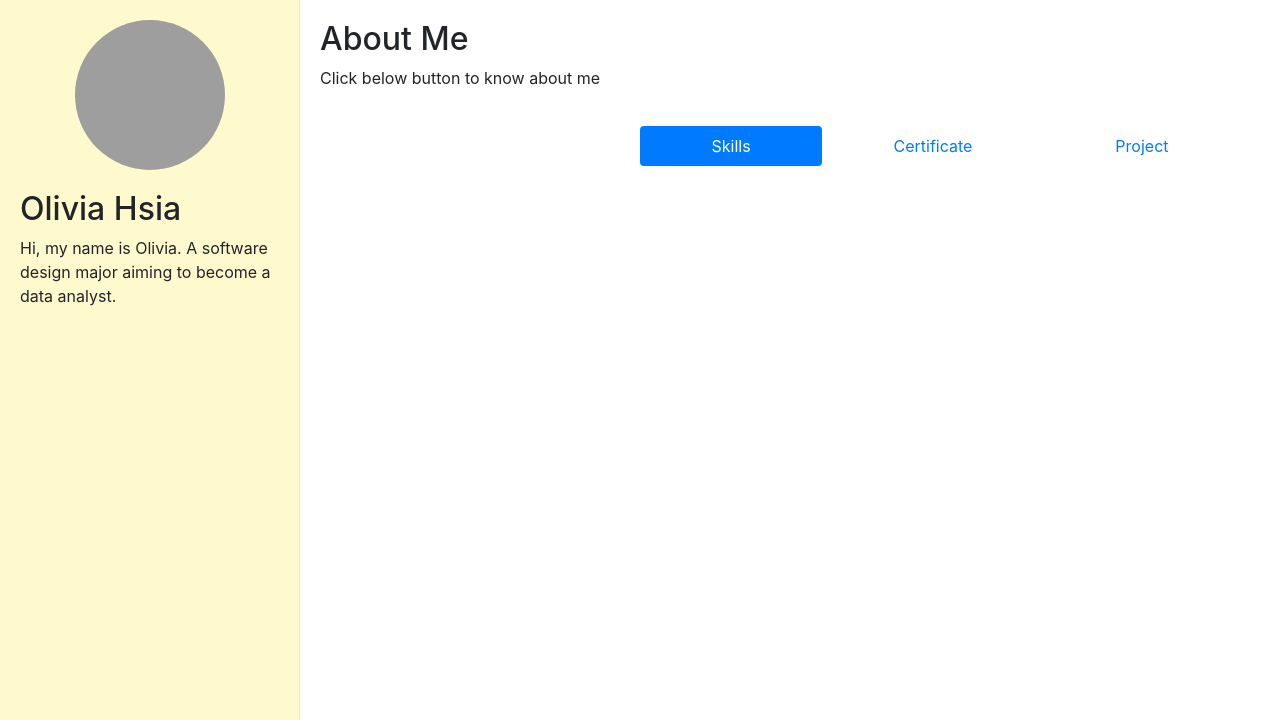
Repository: oliviahsia/FinalProject
Page: src/main/webapp/WEB-INF/main.html
These files come from the project's save history. The page is drawn as it stood at one moment and after the next save; the edit follows.
The browser window is 1280 px wide. The pictures show the whole page.
Pictures or frames that could not be fetched are drawn as grey boxes. An inner scrolling area shows only its first screen. Some web libraries are served in a nearby version.

Above is the page before, as saved 2024-03-09 15:45:28.

### src/main/webapp/WEB-INF/main.html
<!DOCTYPE html>
<html lang="en">

<head>
  <meta charset="UTF-8">
  <meta name="viewport" content="width=device-width, initial-scale=1.0">
  <title>Olivia's Portfolio</title>

  <!-- Bootstrap CSS -->
  <link rel="stylesheet" href="https://stackpath.bootstrapcdn.com/bootstrap/4.5.2/css/bootstrap.min.css">
  <!-- External CSS File -->
  <link rel="stylesheet" href="main.css">
</head>

<body>
  <div class="fixed-left">
    <!-- Content in left column -->
    <img src="https://lh3.googleusercontent.com/a/ACg8ocKWVQM9hWLLmIxDOQ-8DDjxv5seJuP0P7FXzxbhLupS1Ffm=s576-c-no" alt="Olivia Hsia" class="profile-pic">
    <h2>Olivia Hsia</h2>
    <p>Hi, my name is Olivia. A software design major aiming to become a data analyst. </p>
  </div>

  <div class="scrollable-right">
    <!-- Content in right column -->
    <h2>About Me</h2>
    <p>Click below button to know about me</p>

    <div class="scrollable-right">
      <!-- Navigation buttons -->

      <!-- Navigation buttons replaced with Bootstrap nav-pills -->

      <ul class="nav nav-pills nav-fill">
        <li class="nav-item">
          <a class="nav-link active" href="#" onclick="showSection('Skills',this)">Skills</a>
        </li>
        <li class="nav-item">
          <a class="nav-link" href="#" onclick="showSection('Certificate',this)">Certificate</a>
        </li>
        <li class="nav-item">
          <a class="nav-link" href="#" onclick="showSection('Project',this)">Project</a>
        </li>

      </ul>


      <!-- Content sections -->
      <div id="Skills" class="content-section">
        <h2>Skills</h2>
        <div class="card">
          <img src="https://www.google.com/imgres?imgurl=https%3A%2F%2Flogos-world.net%2Fwp-content%2Fuploads%2F2022%2F07%2FJava-Logo.png&tbnid=kdcmbBGAGkO9eM&vet=12ahUKEwi7gsfZtueEAxUOQEEAHVQsBe8QMygCegQIARBM..i&imgrefurl=https%3A%2F%2Flogos-world.net%2Fjava-logo%2F&docid=IvI-Yker4lC4aM&w=3840&h=2160&q=java%20image&ved=2ahUKEwi7gsfZtueEAxUOQEEAHVQsBe8QMygCegQIARBM" alt="Java Image">
          <h3>Skill Name</h3>
          <p>Description of Skill</p>
        </div>
        <!-- Add more cards as needed -->
      </div>


      <div id="Certificate" class="content-section" style="display: none;">
        <h2>Certificates</h2>
        <div class="card">
          <img src="path-to-your-image.jpg" alt="Certificate Image">
          <h3>Certificate Name</h3>
          <p>Description of Certificate</p>
        </div>
        <!-- Add more cards as needed -->
      </div>

      <div id="Project" class="content-section" style="display: none;">
        <h2>Projects</h2>
        <div class="card">
          <img src="path-to-your-image.jpg" alt="Project Image">
          <h3>Project Name</h3>
          <p>Description of Project</p>
        </div>
        <!-- Add more cards as needed -->
      </div>


    </div>

    <!-- Add more content as needed to enable scrolling -->
  </div>

  <!-- Bootstrap JS and dependencies (Optional) -->
  <script src="https://code.jquery.com/jquery-3.5.1.slim.min.js"></script>
  <script src="https://cdn.jsdelivr.net/npm/@popperjs/core@2.5.4/dist/umd/popper.min.js"></script>
  <script src="https://stackpath.bootstrapcdn.com/bootstrap/4.5.2/js/bootstrap.min.js"></script>

  <script src="js/script.js"></script>
</body>

</html>

### src/main/webapp/WEB-INF/main.css
/* Custom styles */
body,
html {
  height: 100%;
  margin: 0;
  /* Remove default margin */
}

.fixed-left {
  position: fixed;
  top: 0;
  left: 0;
  width: 300px;
  /* Set the width of the left column */
  height: 100%;
  background-color: #FFFACD;
  /* Goose yellow for the left column */
  border-right: 1px solid #dee2e6;
  /* Optional border */
  overflow-x: hidden;
  /* Prevent horizontal scrollbar */
  padding: 20px;
  /* Optional padding */
}

.profile-pic {
  width: 150px;
  /* Adjust the size as needed */
  height: 150px;
  /* Adjust the size as needed */
  border-radius: 50%;
  /* Makes the image round */
  display: block;
  /* To center the image in the div */
  margin: 0 auto 20px;
  /* Centers the image and adds space below */
}

.scrollable-right {
  margin-left: 300px;
  /* Same as the width of the left column */
  padding: 20px;
  height: 100%;
  overflow-y: auto;
  /* Enable vertical scrollbar if content overflows */
  background-color: #FFFFFF;
  /* White for the right column */
}

.navigation-buttons button {
  padding: 10px;
  margin-right: 5px;
  cursor: pointer;
}

.nav-button.active {
  background-color: #f00;
  /* Red color for active button */
  color: #fff;
  /* White text color */
  /* Add other styles as needed */
}

.content-section {
  display: none;
  /* Hide all sections by default */
}


.content-section .card {
  border: 1px solid #ddd;
  /* 卡片的边框 */
  padding: 20px;
  /* 内部空间 */
  margin-bottom: 20px;
  /* 底部外边距 */
  text-align: center;
  /* 文本居中 */
}

.content-section .card img {
  width: 100%;
  /* 图片宽度 */
  max-width: 200px;
  /* 最大宽度 */
  height: auto;
  /* 高度自动 */
  margin-bottom: 10px;
  /* 图片与标题之间的空间 */
}

/* Initial visible section */
#all {
  display: block;
}

### src/main/webapp/WEB-INF/js/script.js
function showSection(sectionId,button) {
  // First Hide all sections
  var sections = document.getElementsByClassName('content-section');
  for (var i = 0; i < sections.length; i++) {
    sections[i].style.display = 'none';
  }

  // Remove active class from all buttons
  var buttons = document.getElementsByClassName('nav-button');
  for (var i = 0; i < buttons.length; i++) {
    buttons[i].classList.remove('active');
  }

  // Show the selected section
  document.getElementById(sectionId).style.display = 'block';

  // Add active class to the clicked button
  button.classList.add('active');
}

After the next save:
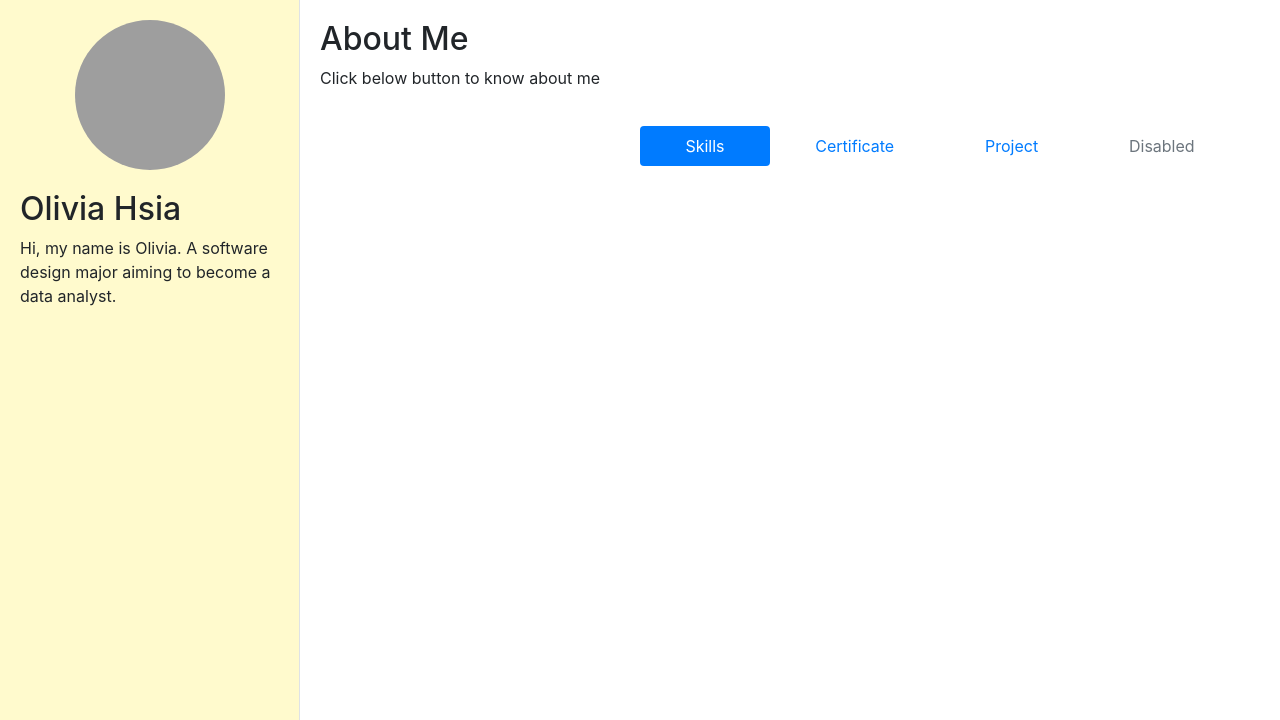
Saved 16 s later.
--- a/src/main/webapp/WEB-INF/main.html
+++ b/src/main/webapp/WEB-INF/main.html
@@ -40,6 +40,9 @@
         <li class="nav-item">
           <a class="nav-link" href="#" onclick="showSection('Project',this)">Project</a>
         </li>
+          <li class="nav-item">
+            <a class="nav-link disabled" href="#">Disabled</a>
+          </li>
 
       </ul>
 
